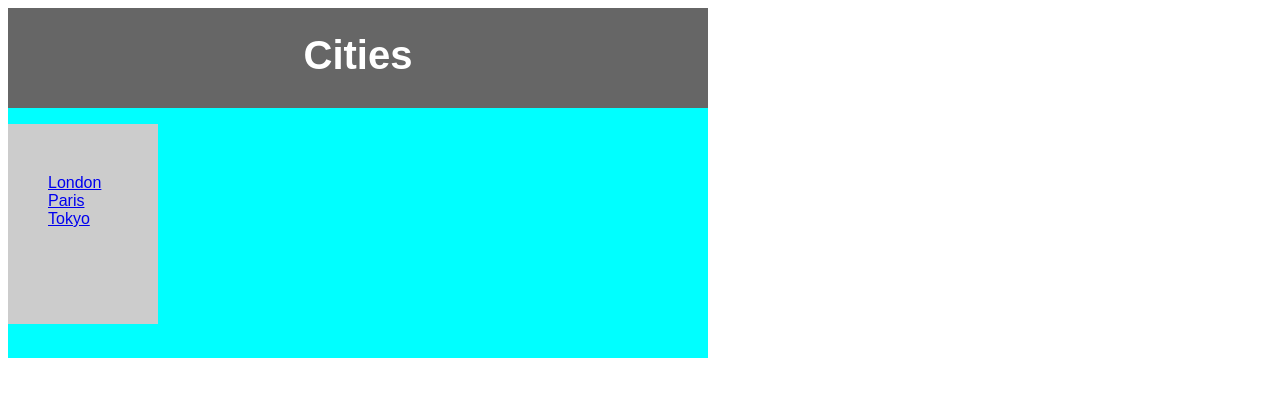
Repository: LongNguyen2504/T3H-FrondEnd
Page: Lesson3_CSS_HomeWork1.html
The author's editor kept a copy of each file at every save. The page is drawn from the files as they stood at one save, then again after the next save.
The browser window is 1280 px wide. The pictures show the whole page.

Above is the page before, as saved 2021-12-01 17:44:56.

After the next save:
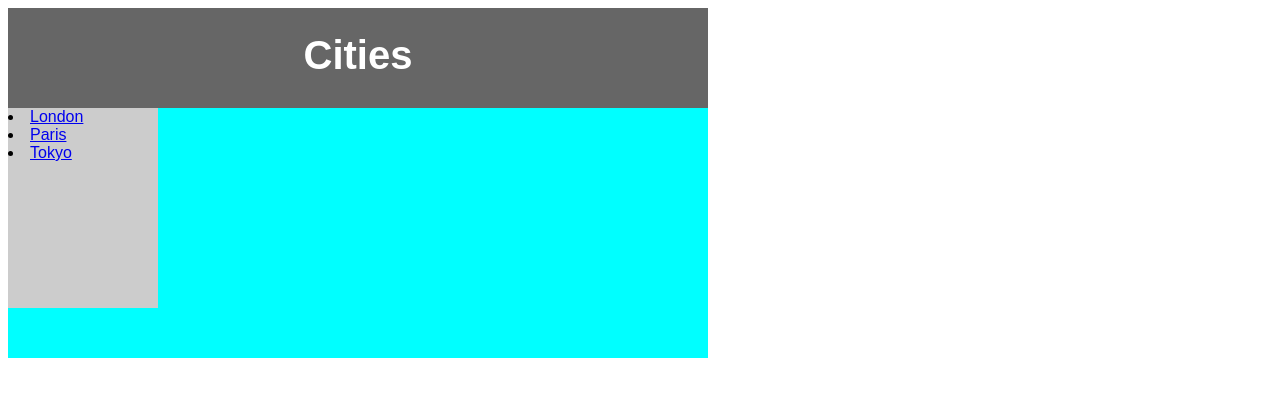
Saved 64 s later.
--- a/Lesson3_CSS_HomeWork1.html
+++ b/Lesson3_CSS_HomeWork1.html
@@ -14,11 +14,14 @@
         </div>
         <div class="left-column">
             <div3 class="list">
-                <ul class="first-list">
+                <!-- <ul class="first-list">
                     <li><a href="#1">London</a></li>
                     <li><a href="#3">Paris</a></li>
                     <li><a href="#2">Tokyo</a></li>
-                </ul>
+                </ul> -->
+                <li><a href="#1">London</a></li>
+                <li><a href="#3">Paris</a></li>
+                <li><a href="#2">Tokyo</a></li>
             </div3
         </div>
     </div>
